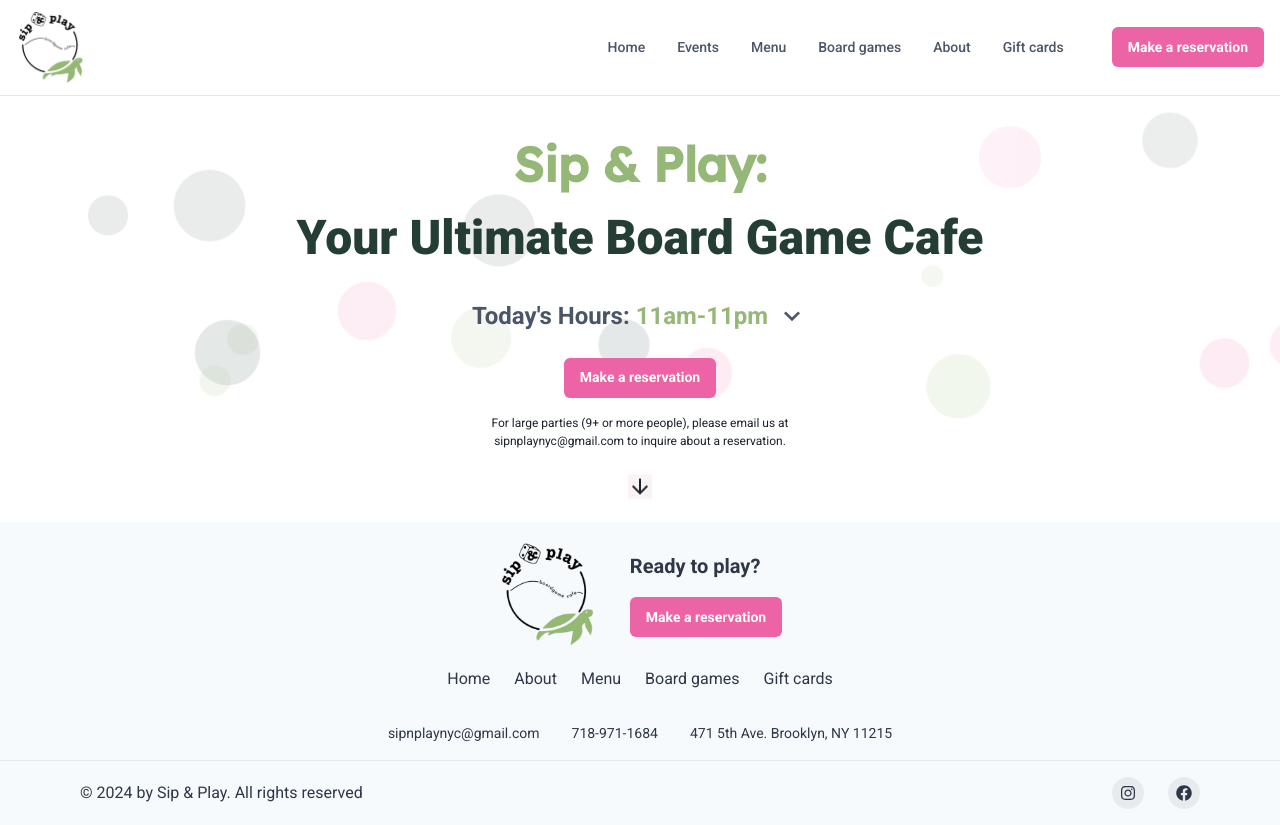
Repository: natespinetti/codedexsummerhackathon
Page: /
An editor plug-in stored every save of this project. The page is shown before and after the next save, followed by the edit.
The browser window is 1280 px wide. The pictures show the whole page.
The project was rebuilt for these pictures with package versions that can differ from the ones it lists, and the page was loaded fresh each time. The framework's server and built-in components were replaced by stand-ins that run in the browser. Also part of the build but not shown: next.config.mjs.

Above is the page before, as saved 2024-07-11 16:42:13.

After the next save:
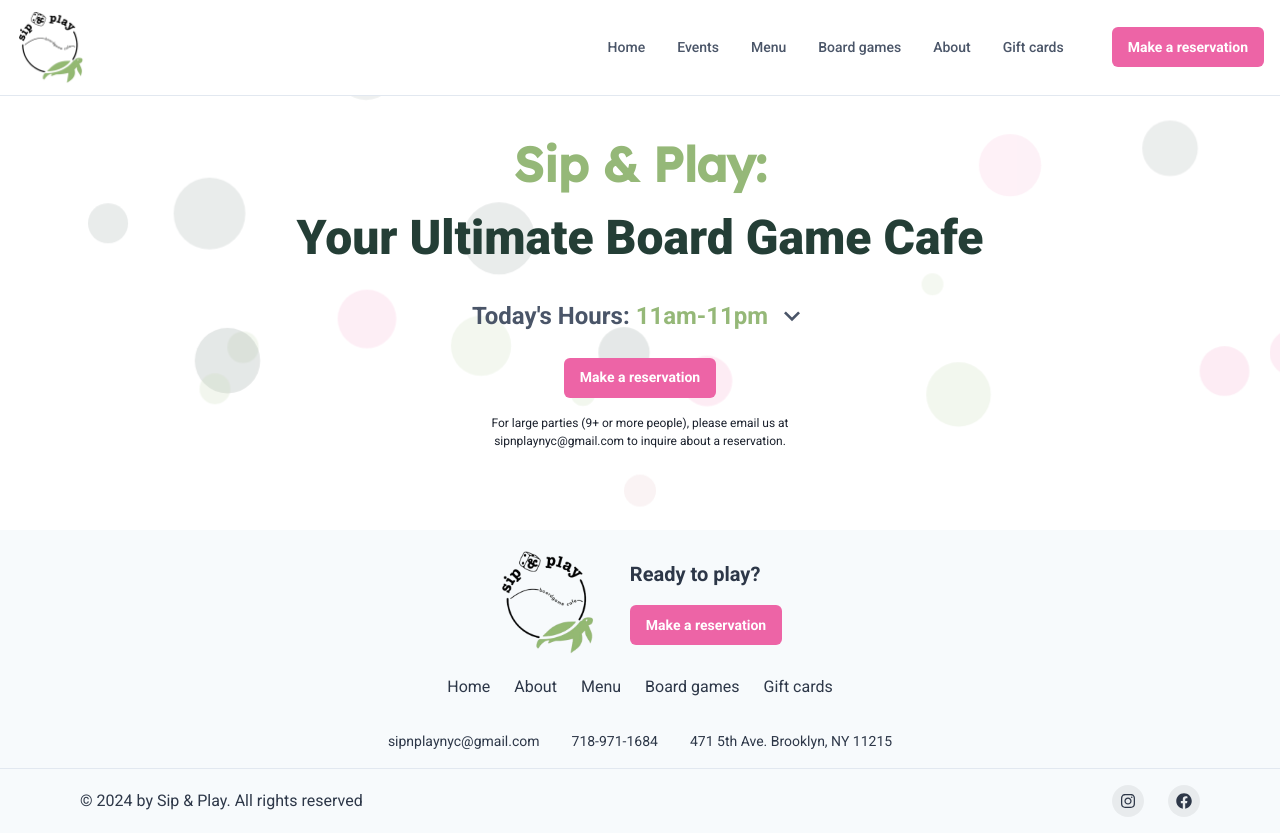
Saved 14 s later.
--- a/app/components/HomeHero.tsx
+++ b/app/components/HomeHero.tsx
@@ -125,6 +125,8 @@
           <ArrowDownIcon
             fontSize="1.5rem"
             bg="rgba(246, 232, 234, 0.5)"
+            p="1rem"
+            borderRadius="50%"
             animation={`${upDownAnimation} 4s ease-in-out infinite`}
           />
         </Box>

After the save that followed:
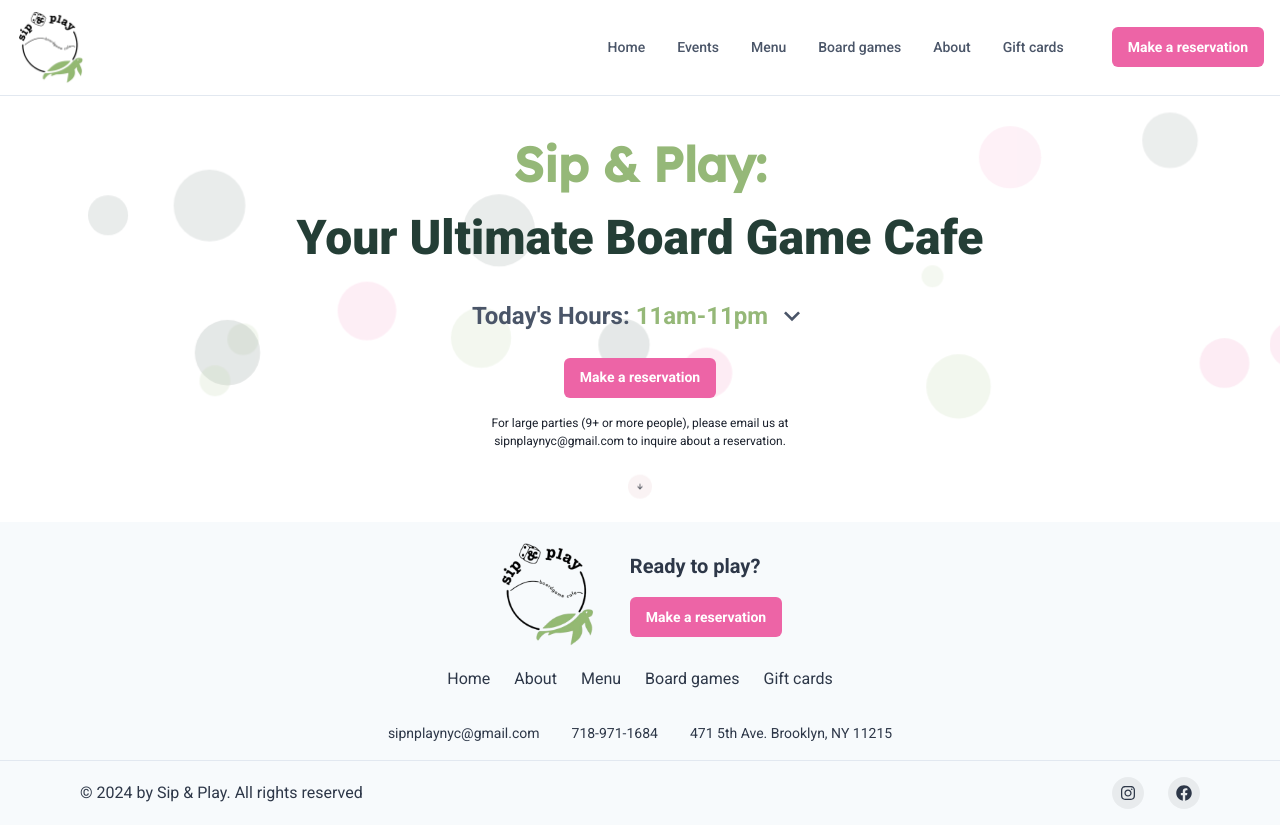
Saved 4 s later.
--- a/app/components/HomeHero.tsx
+++ b/app/components/HomeHero.tsx
@@ -125,7 +125,7 @@
           <ArrowDownIcon
             fontSize="1.5rem"
             bg="rgba(246, 232, 234, 0.5)"
-            p="1rem"
+            p=".5rem"
             borderRadius="50%"
             animation={`${upDownAnimation} 4s ease-in-out infinite`}
           />
